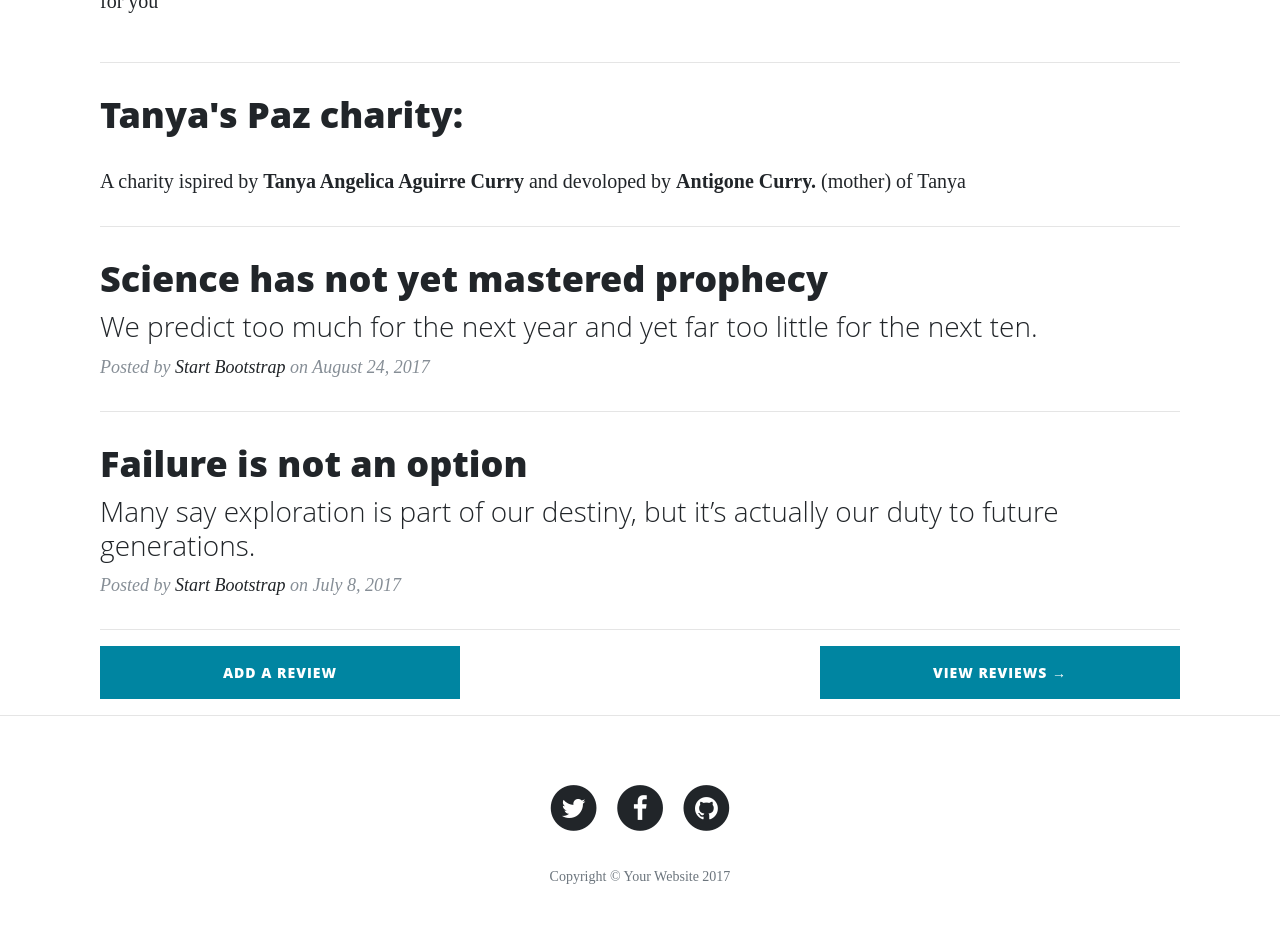
Repository: cachimiro/los-pochoclos
Page: http://localhost/
The author's editor kept a record of every edit. The page is drawn from the files as they stood at one moment, then again after the next edit.
The browser window is 1280 px wide. The pictures show the part of the page from y = 930 to 1882 px (the page is 1882 px tall before and 1831 px after).
The page is served by the project's application, run on Flask 3 (run.py).

Above is the page before.

After the next edit:
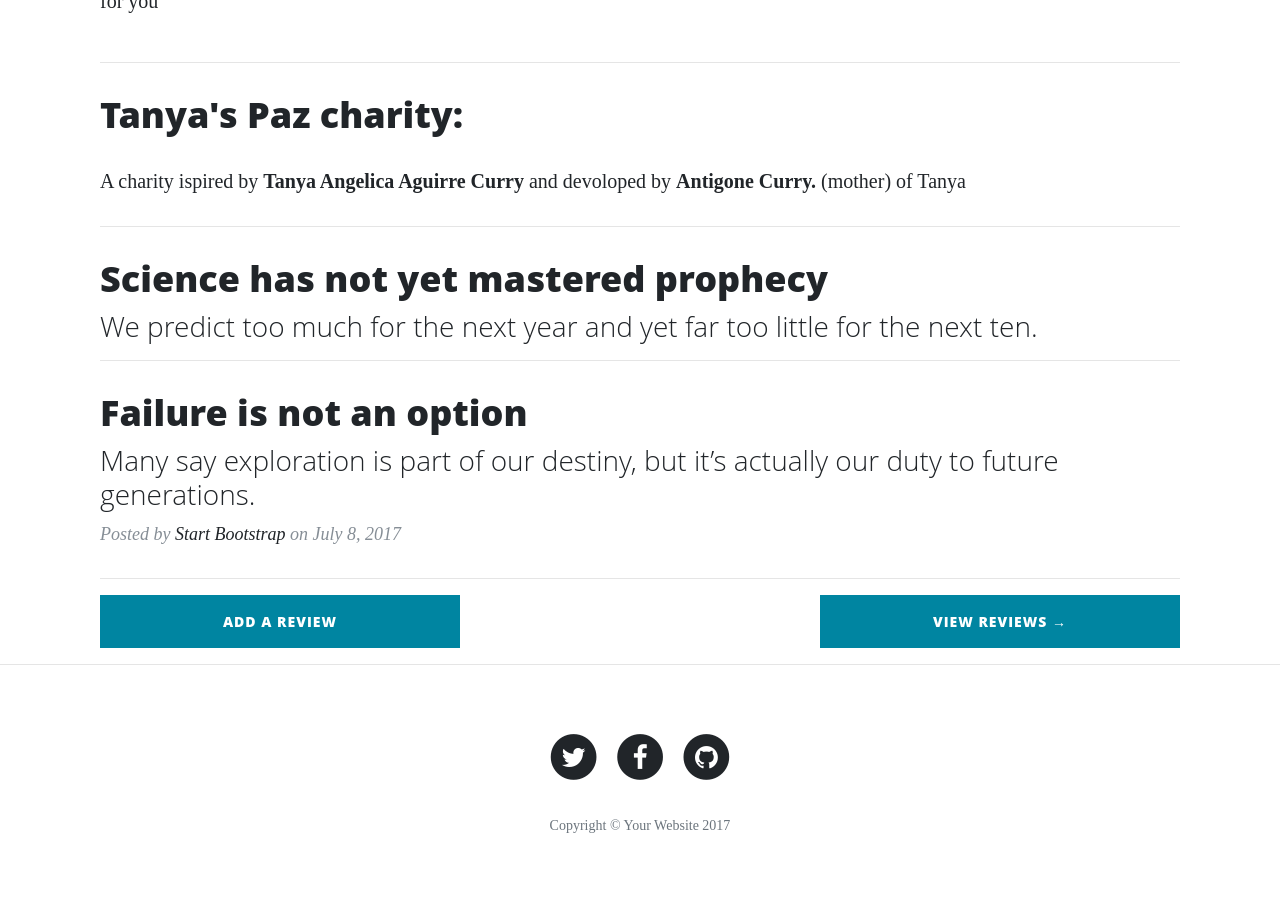
The edit:
--- a/templates/index.html
+++ b/templates/index.html
@@ -32,8 +32,7 @@
                     We predict too much for the next year and yet far too little for the next ten.
                 </h3>
             </a>
-            <p class="post-meta">Posted by
-                <a href="#">Start Bootstrap</a> on August 24, 2017</p>
+
         </div>
         <hr>
         <div class="post-preview">
